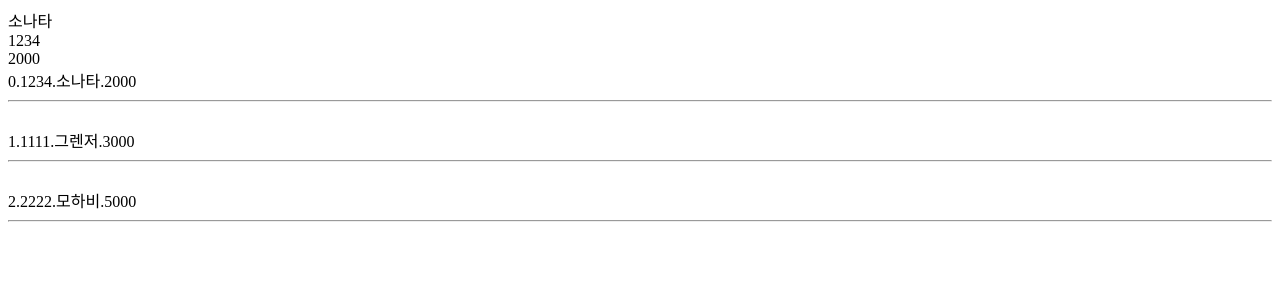
Repository: hwimi/2024-04-12
Page: http://localhost/jstl_study/step-8.jsp
The author's editor kept a copy of each file at every save. The page is drawn from the files as they stood at one save, then again after the next save.
The browser window is 1280 px wide. The pictures show the whole page.
The page is served by Tomcat 9.

Above is the page before, as saved 2024-04-11 06:13:06.

After the next save:
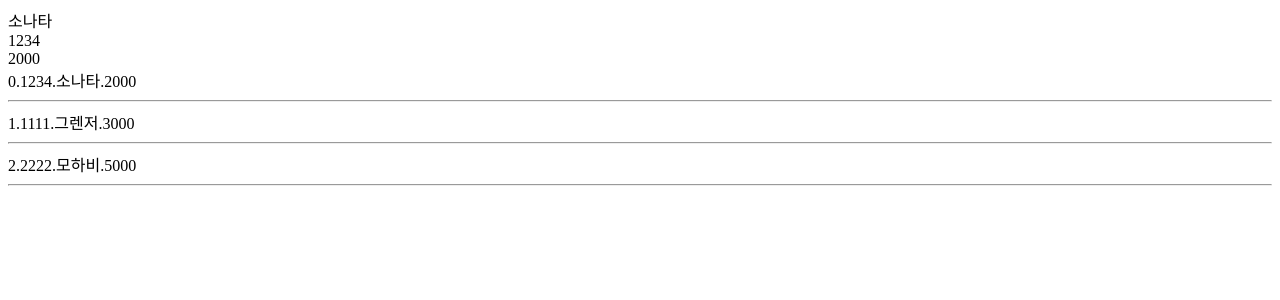
Saved 7 s later.
--- a/jstl_study/src/main/webapp/step-8.jsp
+++ b/jstl_study/src/main/webapp/step-8.jsp
@@ -31,7 +31,7 @@
 	%>
 
 	<c:forEach items="${list}" var="car" varStatus="i">
-	${i.index }.${car.num}.${car.name }.${car.price }<hr><br>
+	${i.index }.${car.num}.${car.name }.${car.price }<hr>
 	</c:forEach>
 </body>
 </html>
